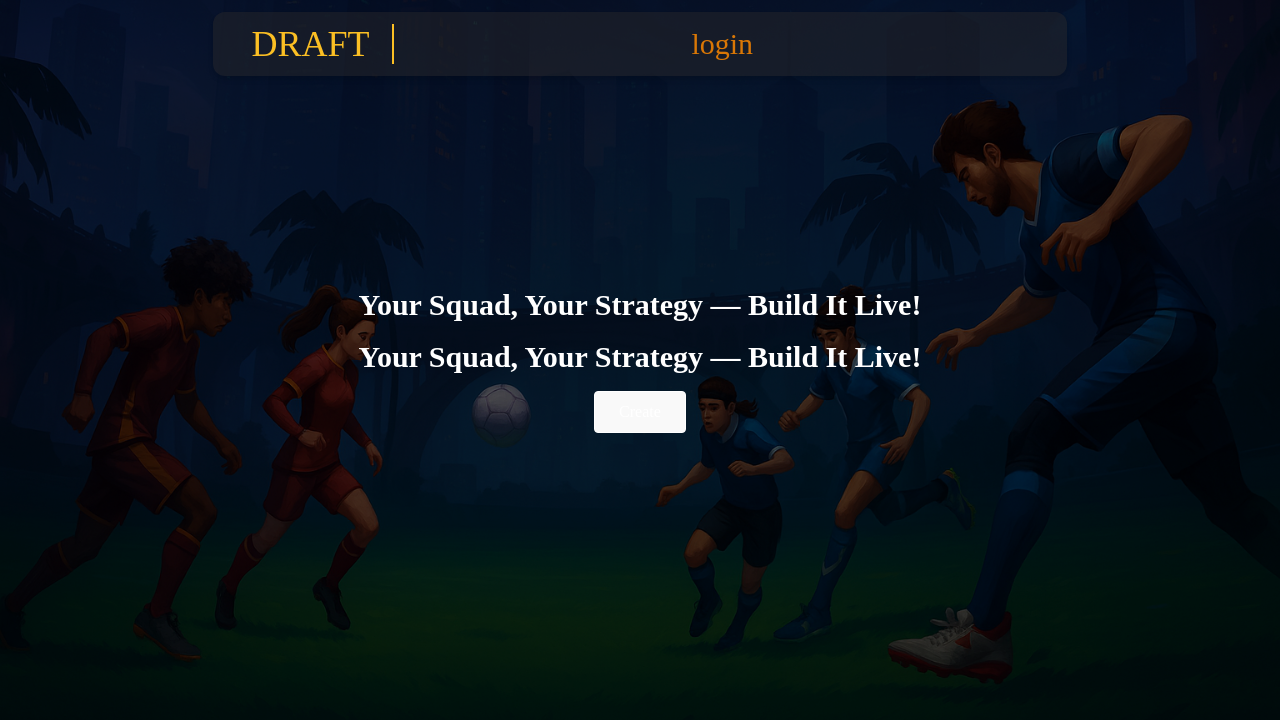
Repository: MehediMim/LeagueCrafter--Online-Auction-Platform-Project
Page: / (app in my-app/)
These files come from the project's save history. The page is drawn as it stood at one moment and after a run of saves; the edit follows.
The browser window is 1280 px wide. The pictures show the whole page.
Some web fonts or font styles are not loaded; a fallback is used. The project was rebuilt for these pictures with package versions that can differ from the ones it lists, and the page was loaded fresh each time. Also part of the build but not shown: my-app/vite.config.js, my-app/src/pages/Dashboard.jsx, my-app/src/pages/Login.jsx.

Above is the page before, as saved 2025-05-25 02:15:52.

### my-app/src/main.jsx
import { StrictMode } from 'react'
import { createRoot } from 'react-dom/client'
import React from 'react';
import ReactDOM from 'react-dom/client';
import './index.css'
import App from './App.jsx'
import { Auth0Provider } from '@auth0/auth0-react';
console.log("HELLO WORLD");
console.log('Domain:', import.meta.env.VITE_AUTH0_DOMAIN);
console.log('Client ID:', import.meta.env.VITE_AUTH0_CLIENT_ID);
console.log("HELLO WORLD");

ReactDOM.createRoot(document.getElementById('root')).render(
<React.StrictMode>
  <Auth0Provider
    domain={import.meta.env.VITE_AUTH0_DOMAIN}
    clientId={import.meta.env.VITE_AUTH0_CLIENT_ID}
    authorizationParams={{

      redirect_uri: window.location.origin,
      audience: import.meta.env.VITE_AUTH0_AUDIENCE
    }}
  >
    <App />
  </Auth0Provider>
</React.StrictMode>
);

### my-app/src/index.css
@import url('https://fonts.googleapis.com/css2?family=Bebas+Neue&display=swap');
@import url('https://fonts.googleapis.com/css2?family=Raleway:wght@400;700&display=swap');
@import url('https://fonts.googleapis.com/css2?family=Jaro&display=swap');
@import url('https://fonts.googleapis.com/css2?family=WDXL+Lubrifont+TC&display=swap');
@import url('https://fonts.googleapis.com/css2?family=Barrio&display=swap');

@tailwind base;
@tailwind components;
@tailwind utilities;



:root {
  font-family: system-ui, Avenir, Helvetica, Arial, sans-serif;
  line-height: 1.5;
  font-weight: 400;

  color-scheme: light dark;
  color: rgba(255, 255, 255, 0.87);
  background-color: #242424;

  font-synthesis: none;
  text-rendering: optimizeLegibility;
  -webkit-font-smoothing: antialiased;
  -moz-osx-font-smoothing: grayscale;
}

a {
  font-weight: 500;
  color: #646cff;
  text-decoration: inherit;
}
a:hover {
  color: #535bf2;
}

body {
  margin: 0;
  display: flex;
  place-items: center;
  min-width: 320px;
  min-height: 100vh;
}

h1 {
  font-size: 3.2em;
  line-height: 1.1;
}

button {
  border-radius: 8px;
  border: 1px solid transparent;
  padding: 0.6em 1.2em;
  font-size: 1em;
  font-weight: 500;
  font-family: inherit;
  background-color: #1a1a1a;
  cursor: pointer;
  transition: border-color 0.25s;
}
button:hover {
  border-color: #646cff;
}
button:focus,
button:focus-visible {
  outline: 4px auto -webkit-focus-ring-color;
}

@media (prefers-color-scheme: light) {
  :root {
    color: #213547;
    background-color: #ffffff;
  }
  a:hover {
    color: #747bff;
  }
  button {
    background-color: #f9f9f9;
  }
}

### my-app/src/App.jsx
import { BrowserRouter, Routes, Route } from "react-router-dom";
import Navbar from "./components/Navbar";
import Home from "./pages/Home";
import Dashboard from "./pages/Dashboard";
import Login from "./pages/Login";


export default function App() {
  return (
    <BrowserRouter>
      <Navbar />
      <Routes>
        <Route path="/" element={<Home />} />
        <Route path="/dashboard" element={<Dashboard />} />
        <Route path="/login" element={<Login />} />
        {/* <Route path="/auction" element={<AuctionRoom />} /> */}
        {/* <Route path="*" element={<NotFound />} /> */}
      </Routes>
    </BrowserRouter>
  );
}

### my-app/src/components/Navbar.jsx
import { Link } from "react-router-dom";
import { useAuth0 } from "@auth0/auth0-react";

export default function Navbar(params) {

  const { user, isAuthenticated, isLoading, loginWithRedirect, logout } = useAuth0();

  return (
    <div className="h-16 w-screen absolute top-3 z-50 flex justify-center">
      <div className="w-2/3 flex justify-center">
        <div className="bg-zinc-800 bg-opacity-50 shadow-md p-4 rounded-xl w-full flex items-center">
          {/* <div className="w-auto h-auto rounded-xl m-4 flex p-4"> */}
          <div className="w-1/4 border-r-2 border-amber-400 flex justify-center">
            <Link to="/"><h1 className="font-jaro text-4xl text-amber-400 hover:text-white">DRAFT</h1></Link>
          </div>
          <div className="w-full flex justify-evenly   items-center">
            {/* <Link to="/" className="text-amber-600 hover:text-white"><h1 className="text-3xl font-jaro">home</h1></Link> */}
            {/* <Link className="text-amber-600 hover:text-white"><h1 className="text-3xl font-jaro">registrations</h1></Link> */}
            {!isAuthenticated && <Link to="/login" className="text-amber-600 hover:text-white"><h1 className="text-3xl  font-jaro">login</h1></Link>}
            {isAuthenticated && <Link to="/dashboard" className="text-amber-600 hover:text-white"><h1 className="text-3xl  font-jaro">dashboard</h1></Link>}

          </div>
          {/* </div> */}
        </div>
        {isAuthenticated && <div className=" h-16 w-16  ml-3 group cursor-pointer relative">


          <div className="rounded-full border-amber-600 border-4 h-16 w-16">
            <img src={user.picture} className="rounded-full"></img>
          </div>

          <div className="absolute top-10 left-36 -translate-x-1/2  bg-zinc-800 text-white rounded-xl p-4 shadow-lg hidden group-hover:block z-50">
            <p className="text-lg font-bold font-raleway text-left">{user.name}</p>
            <p className="text-lg  font-kanit text-center font-raleway">{user.email}</p>
            <button
              onClick={() => logout({ returnTo: window.location.origin })}
              className="mt-3 w-full px-4 py-2 text-smbg rounded hover:bg-white  hover:text-black transition font-kanit"
            >
              Logout
            </button>
          </div>


        </div>
        }
      </div>
    </div>
  )
};

### my-app/src/pages/Home.jsx
import bg from "../assets/bg1.png"

export default function Home() {
  return (
    <div className="relative w-screen h-screen overflow-hidden">
      {/* Background Image Layer */}
      <div className="absolute inset-0 z-0">
        <img src={bg} className="w-full h-full object-cover" alt="Background" />
        <div className="absolute inset-0 bg-black opacity-55" />
      </div>

      {/* Foreground Content */}
      <div className="relative z-10 flex justify-center items-center h-full w-full">
        <div className="text-center text-white space-y-4">
          <h1 className="text-3xl font-barrio font-bold">
            Your Squad, Your Strategy — Build It Live!
          </h1>
          <h1 className="text-3xl font-barrio font-bold">
            Your Squad, Your Strategy — Build It Live!
          </h1>
          <button className="font-jaro px-6 py-2 text-white hover:bg-white hover:text-black border border-white rounded">
            Create
          </button>
        </div>
      </div>
    </div>
  );
}

### my-app/tailwind.config.js
/** @type {import('tailwindcss').Config} */
export default {
  content: [
    "./index.html",
    "./src/**/*.{js,ts,jsx,tsx}",
  ],
  theme: {
    extend: {
      fontFamily: {
        bebas: ['"Bebas Neue"', 'cursive'],
        raleway: ['Raleway', 'sans-serif'],
        jaro: ['Jaro', 'cursive'],
        lubrifont: ['Lubrifont', 'sans-serif'],
        barrio: ['Barrio', 'normal'],
      },
    },
  },
  plugins: [],
}

Loaded but not shown: my-app/index.html (common file)

After the next 2 saves:
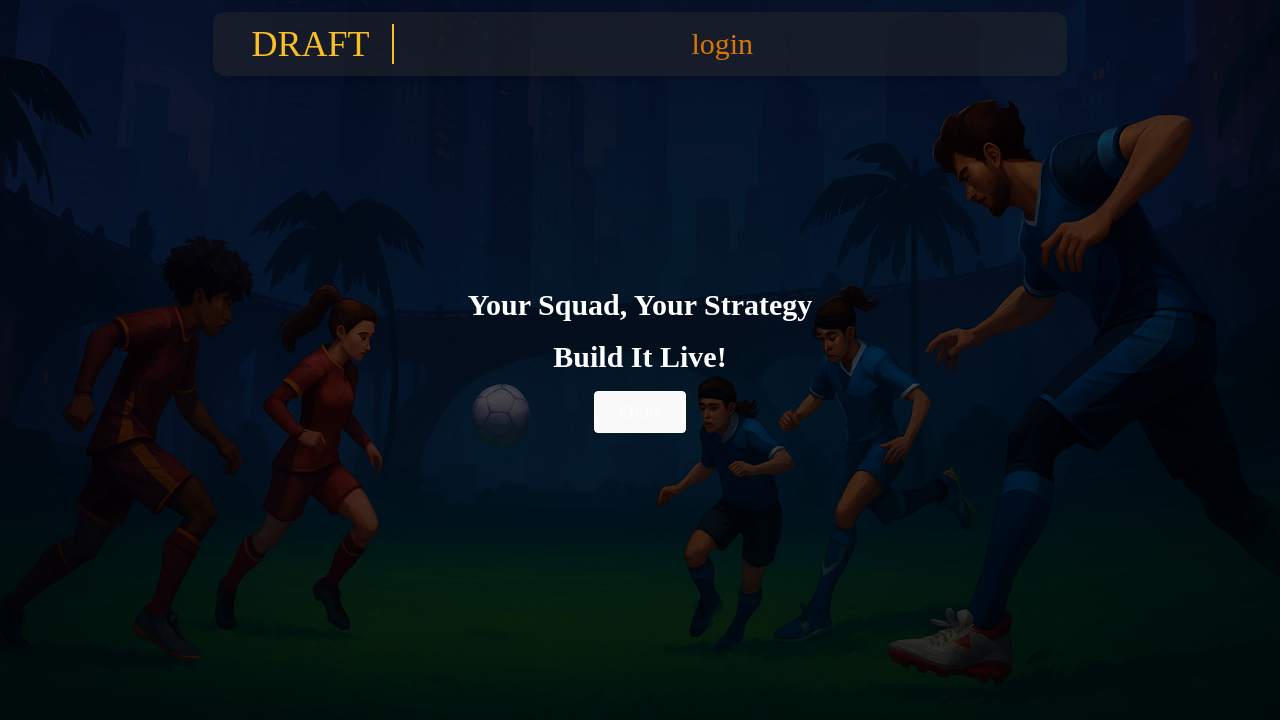
The 2 saves are shown as one change because they came seconds apart.
The last was saved 9 s later.
--- a/my-app/src/pages/Home.jsx
+++ b/my-app/src/pages/Home.jsx
@@ -13,10 +13,10 @@ export default function Home() {
       <div className="relative z-10 flex justify-center items-center h-full w-full">
         <div className="text-center text-white space-y-4">
           <h1 className="text-3xl font-barrio font-bold">
-            Your Squad, Your Strategy — Build It Live!
+            Your Squad, Your Strategy
           </h1>
           <h1 className="text-3xl font-barrio font-bold">
-            Your Squad, Your Strategy — Build It Live!
+            Build It Live!
           </h1>
           <button className="font-jaro px-6 py-2 text-white hover:bg-white hover:text-black border border-white rounded">
             Create
